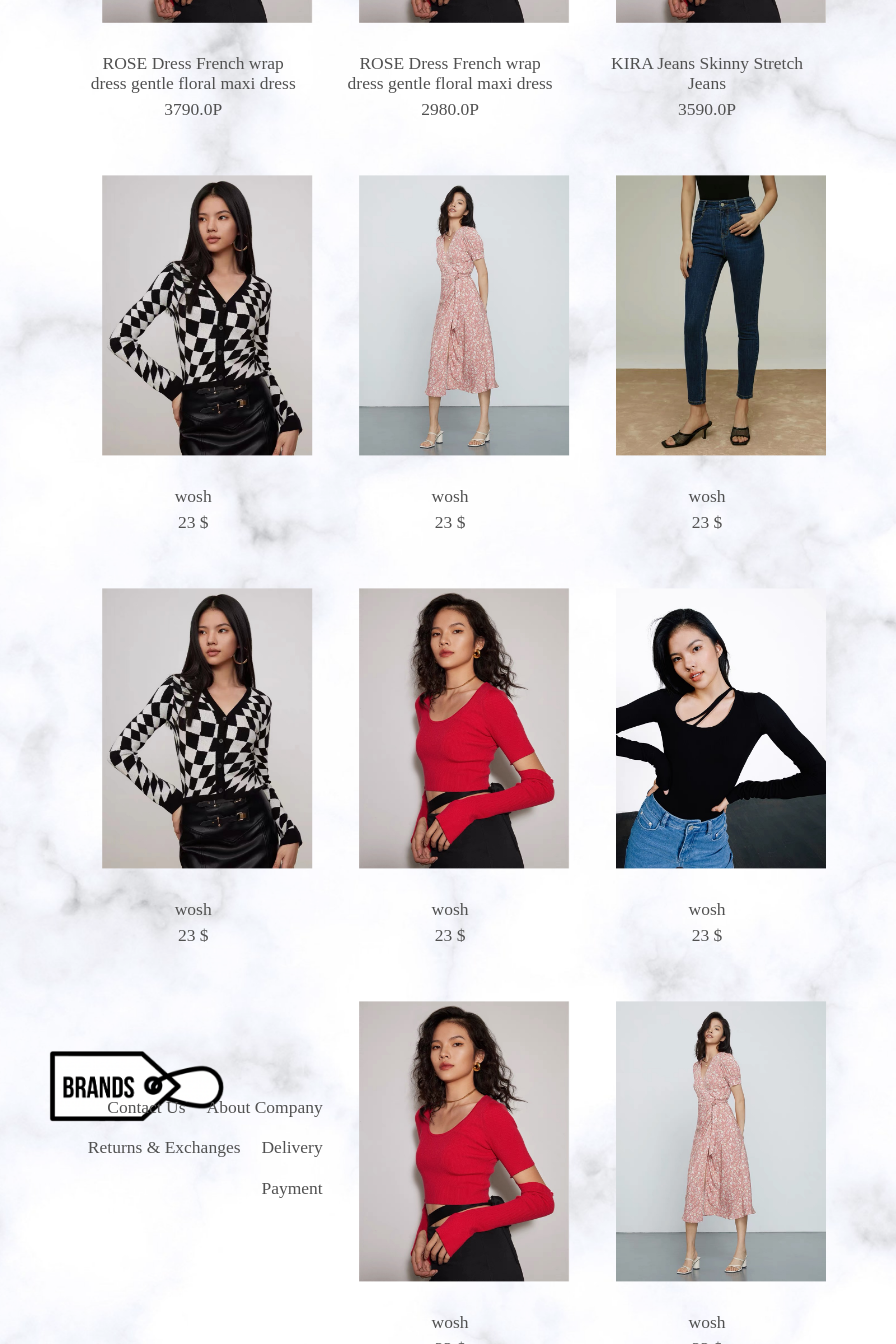
Repository: Sunxu001/OnlineShop-Backend
Page: http://localhost/new/
An editor plug-in stored every save of this project. The page is shown before and after the next save, followed by the edit.
The browser window is 1280 px wide. The pictures show the part of the page from y = 2012 to 3932 px (the page is 3952 px tall before and 2492 px after), at 70% of full size.
Some web libraries are served in a nearby version. The page is served by the project's application, run on Django 4.2 (manage.py). The page reads the database file committed with the project.

Above is the page before, as saved 2022-06-04 23:55:51.

After the next save:
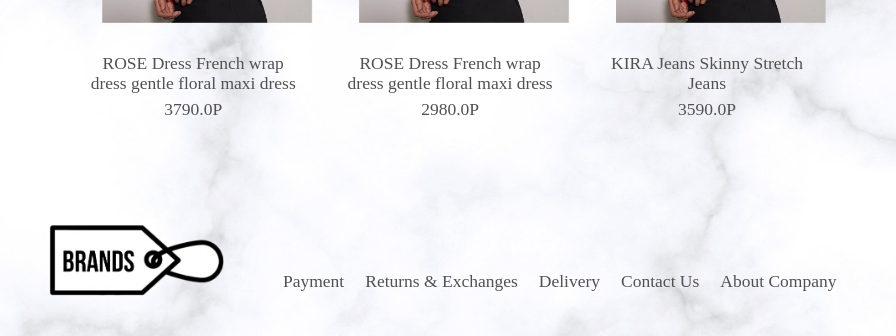
Saved 37 s later.
--- a/WEB-PROJECT/shop/templates/new.html
+++ b/WEB-PROJECT/shop/templates/new.html
@@ -61,46 +61,7 @@
             <h4 class="show_price">{{product.shop_price}}Р</h4>
         </div>
         {% endfor %}
-        <div class="show">
-            <a href="#" ><img src="{% static '/images/Tpanes.JPG' %}" class="show_img"></a>
-            <h4 class="show_name">wosh</h4>
-            <h3 class="show_price">23 $</h3>
-        </div>
-        <div class="show">
-            <a href="#" ><img src="{% static '/images/Tskirtpink.JPG' %}" class="show_img"></a>
-            <h4 class="show_name">wosh</h4>
-            <h3 class="show_price">23 $</h3>
-        </div>
-        <div class="show">
-            <a href="#" ><img src="{% static '/images/Tblack.jpg' %}" class="show_img"></a>
-            <h4 class="show_name">wosh</h4>
-            <h3 class="show_price">23 $</h3>
-        </div>
-        <div class="show">
-            <a href="#" ><img src="{% static '/images/Tblackm.JPG' %}" class="show_img"></a>
-            <h4 class="show_name">wosh</h4>
-            <h3 class="show_price">23 $</h3>
-        </div>
-        <div class="show">
-            <a href="#" ><img src="{% static '/images/TRed.JPG' %}" class="show_img"></a>
-            <h4 class="show_name">wosh</h4>
-            <h3 class="show_price">23 $</h3>
-        </div>
-        <div class="show">
-            <a href="#" ><img src="{% static '/images/Tblack.jpg' %}" class="show_img"></a>
-            <h4 class="show_name">wosh</h4>
-            <h3 class="show_price">23 $</h3>
-        </div>
-        <div class="show">
-            <a href="#" ><img src="{% static './images/Tskirtpink.JPG'%}" class="show_img"></a>
-            <h4 class="show_name">wosh</h4>
-            <h3 class="show_price">23 $</h3>
-        </div>
-        <div class="show">
-            <a href="#" ><img src="{% static '/images/TRed.JPG' %}" class="show_img"></a>
-            <h4 class="show_name">wosh</h4>
-            <h3 class="show_price">23 $</h3>
-        </div>
+
         </div>
     </div>
 </div>

After the save that followed:
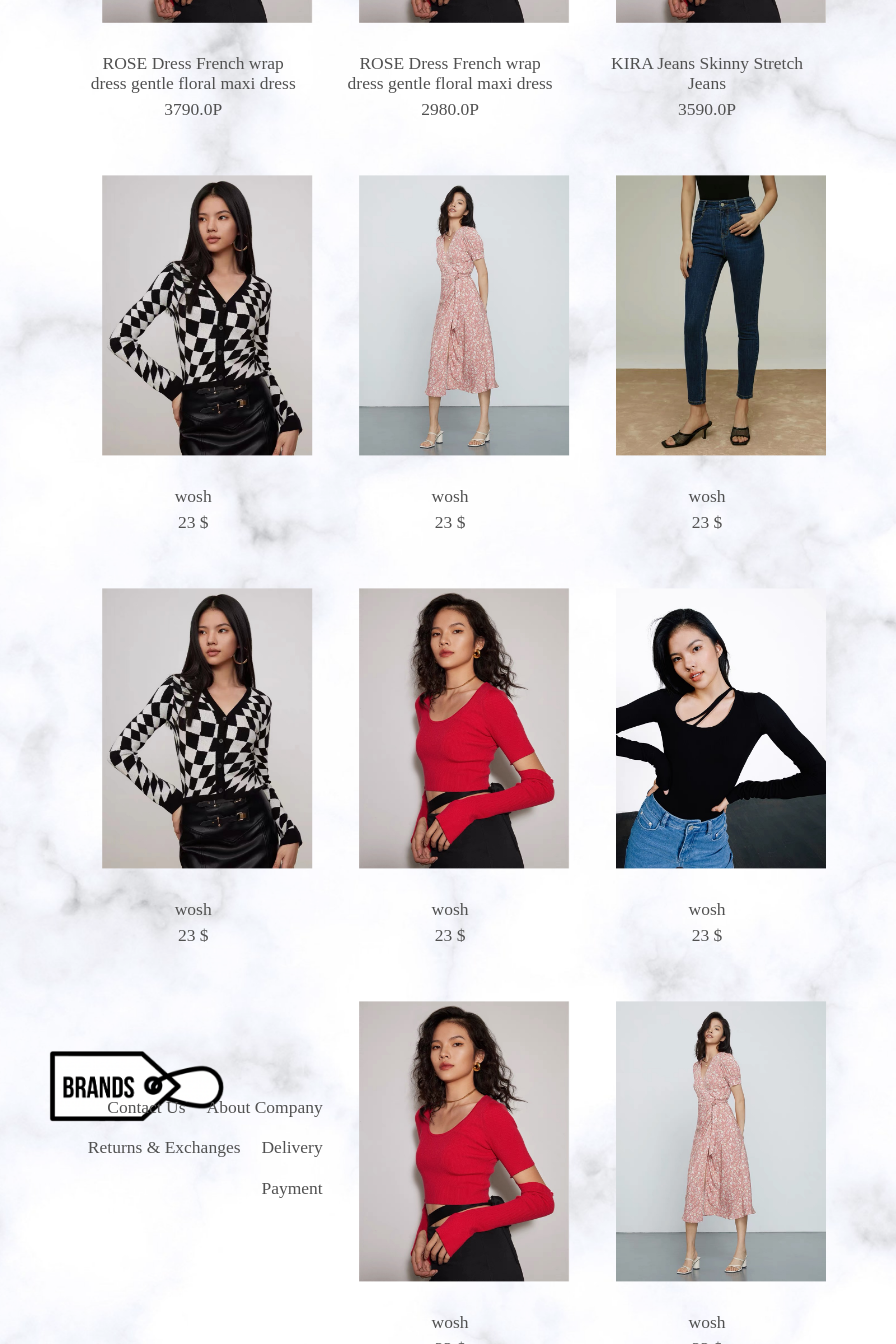
Saved 17 s later.
--- a/WEB-PROJECT/shop/templates/new.html
+++ b/WEB-PROJECT/shop/templates/new.html
@@ -61,6 +61,46 @@
             <h4 class="show_price">{{product.shop_price}}Р</h4>
         </div>
         {% endfor %}
+        <div class="show">
+            <a href="#" ><img src="{% static '/images/Tpanes.JPG' %}" class="show_img"></a>
+            <h4 class="show_name">wosh</h4>
+            <h3 class="show_price">23 $</h3>
+        </div>
+        <div class="show">
+            <a href="#" ><img src="{% static '/images/Tskirtpink.JPG' %}" class="show_img"></a>
+            <h4 class="show_name">wosh</h4>
+            <h3 class="show_price">23 $</h3>
+        </div>
+        <div class="show">
+            <a href="#" ><img src="{% static '/images/Tblack.jpg' %}" class="show_img"></a>
+            <h4 class="show_name">wosh</h4>
+            <h3 class="show_price">23 $</h3>
+        </div>
+        <div class="show">
+            <a href="#" ><img src="{% static '/images/Tblackm.JPG' %}" class="show_img"></a>
+            <h4 class="show_name">wosh</h4>
+            <h3 class="show_price">23 $</h3>
+        </div>
+        <div class="show">
+            <a href="#" ><img src="{% static '/images/TRed.JPG' %}" class="show_img"></a>
+            <h4 class="show_name">wosh</h4>
+            <h3 class="show_price">23 $</h3>
+        </div>
+        <div class="show">
+            <a href="#" ><img src="{% static '/images/Tblack.jpg' %}" class="show_img"></a>
+            <h4 class="show_name">wosh</h4>
+            <h3 class="show_price">23 $</h3>
+        </div>
+        <div class="show">
+            <a href="#" ><img src="{% static './images/Tskirtpink.JPG'%}" class="show_img"></a>
+            <h4 class="show_name">wosh</h4>
+            <h3 class="show_price">23 $</h3>
+        </div>
+        <div class="show">
+            <a href="#" ><img src="{% static '/images/TRed.JPG' %}" class="show_img"></a>
+            <h4 class="show_name">wosh</h4>
+            <h3 class="show_price">23 $</h3>
+        </div>
 
         </div>
     </div>
